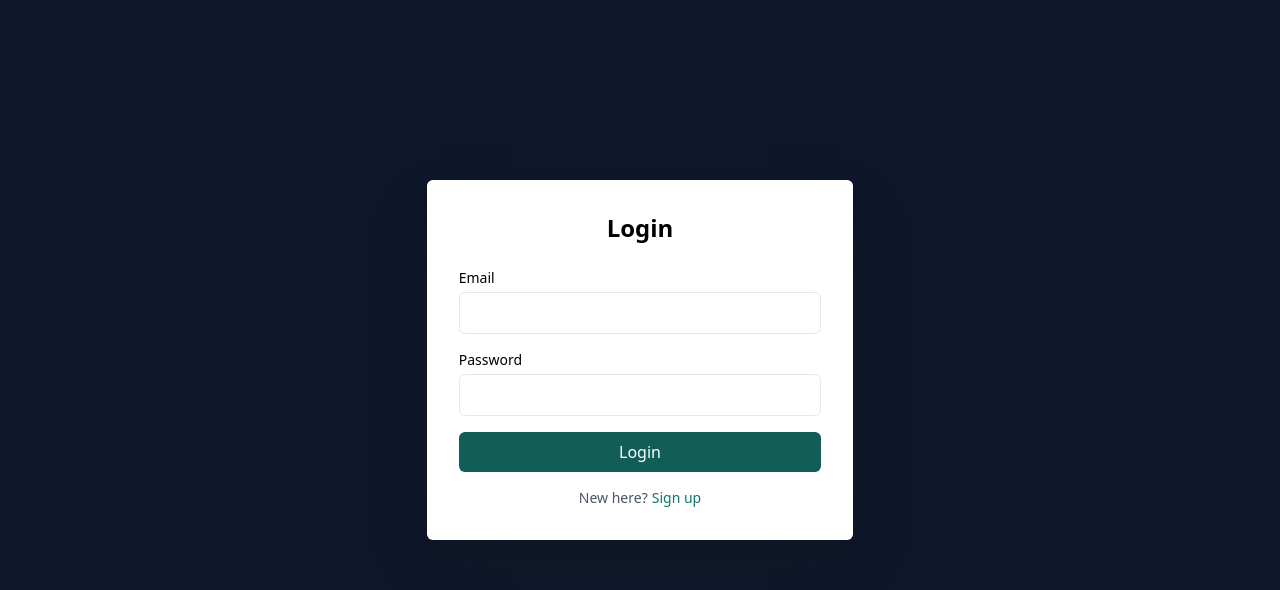
Repository: alizey12/POS-React-website
Page: /
These files come from the project's save history. The page is drawn as it stood at one moment and after the next save; the edit follows.
The browser window is 1280 px wide. The pictures show the whole page.
The project was rebuilt for these pictures with package versions that can differ from the ones it lists, and the page was loaded fresh each time. Also part of the build but not shown: vite.config.js, src/navbar.jsx, src/sidebar.jsx, src/Dashboard.jsx.

Above is the page before, as saved 2024-12-31 15:39:19.

After the next save:
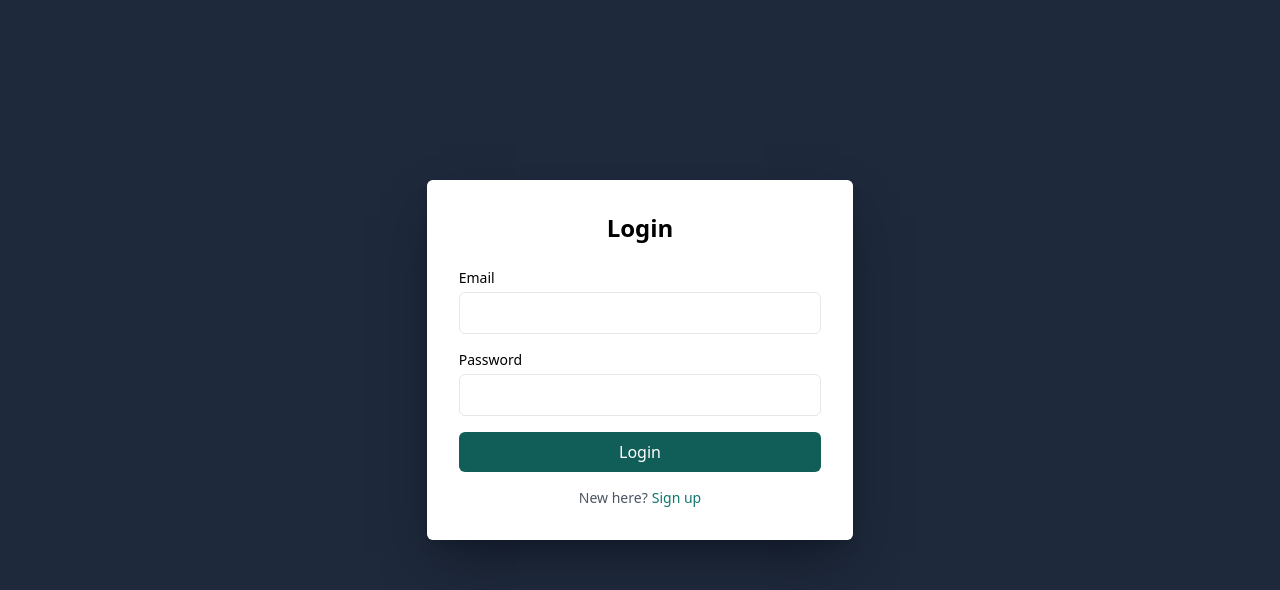
Saved 8 s later.
--- a/src/login.jsx
+++ b/src/login.jsx
@@ -53,7 +53,7 @@ const SignupLogin = () => {
   };
 
   return (
-    <div className="flex items-center justify-center min-h-screen bg-slate-900 to-yellow-500">
+    <div className="flex items-center justify-center min-h-screen bg-slate-800 to-yellow-500">
       <div className=" bg-white w-1/3 shadow-lg rounded-lg">
 
         <div className="w-full bg-white rounded-md shadow-gray-900 shadow-2xl p-8 justify-center">
